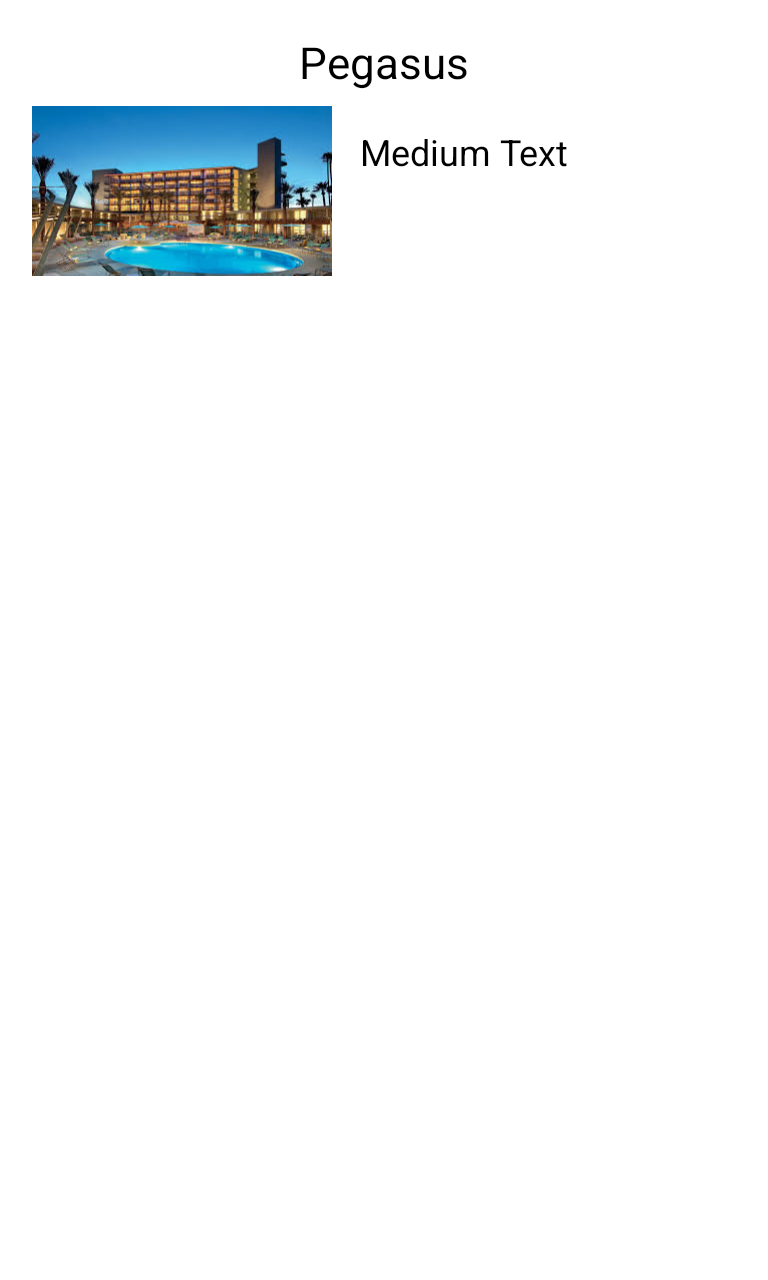
Repository: alyssialui/NCMS
Layout: CodeSprint/HotelLocator/res/layout/activity_featured.xml
An editor plug-in stored every save of this project. The layout is shown before and after the next save, followed by the edit.
It is drawn on a 768 x 1280 px phone screen (xhdpi) without system bars, with theme AppTheme; the app's code is not run. Lists and similar views that code fills are empty.

Above is the layout before, as saved 2013-04-07 21:40:19.

### CodeSprint/HotelLocator/res/layout/activity_featured.xml
<RelativeLayout xmlns:android="http://schemas.android.com/apk/res/android"
    xmlns:tools="http://schemas.android.com/tools"
    android:layout_width="match_parent"
    android:layout_height="match_parent"
    android:paddingBottom="@dimen/activity_vertical_margin"
    android:paddingLeft="@dimen/activity_horizontal_margin"
    android:paddingRight="@dimen/activity_horizontal_margin"
    android:paddingTop="@dimen/activity_vertical_margin"
    tools:context=".FeaturedActivity" >

    <TextView
        android:id="@+id/textView1"
        android:layout_width="wrap_content"
        android:layout_height="wrap_content"
        android:layout_alignParentTop="true"
        android:layout_centerHorizontal="true"
        android:text="Pegasus"
        android:textAppearance="?android:attr/textAppearanceLarge" />

    <ImageView
        android:id="@+id/imageView1"
        android:layout_width="150dp"
        android:layout_height="100dp"
        android:layout_alignParentLeft="true"
        android:layout_below="@+id/textView1"
        android:src="@drawable/images" />

    <TextView
        android:id="@+id/textView2"
        android:layout_width="wrap_content"
        android:layout_height="wrap_content"
        android:layout_alignTop="@+id/imageView1"
        android:layout_marginLeft="14dp"
        android:layout_marginTop="18dp"
        android:layout_toRightOf="@+id/imageView1"
        android:text="Medium Text"
        android:textAppearance="?android:attr/textAppearanceMedium" />

    <ListView
        android:id="@+id/listView1"
        android:layout_width="match_parent"
        android:layout_height="286dp"
        android:layout_alignLeft="@+id/imageView1"
        android:layout_alignParentBottom="true" >
    </ListView>

</RelativeLayout>

Loaded but not shown: CodeSprint/HotelLocator/res/values/styles.xml (common file); CodeSprint/HotelLocator/res/values-v11/styles.xml (common file); CodeSprint/HotelLocator/res/values-v14/styles.xml (common file); CodeSprint/HotelLocator/res/values/dimens.xml (common file)

After the next save:
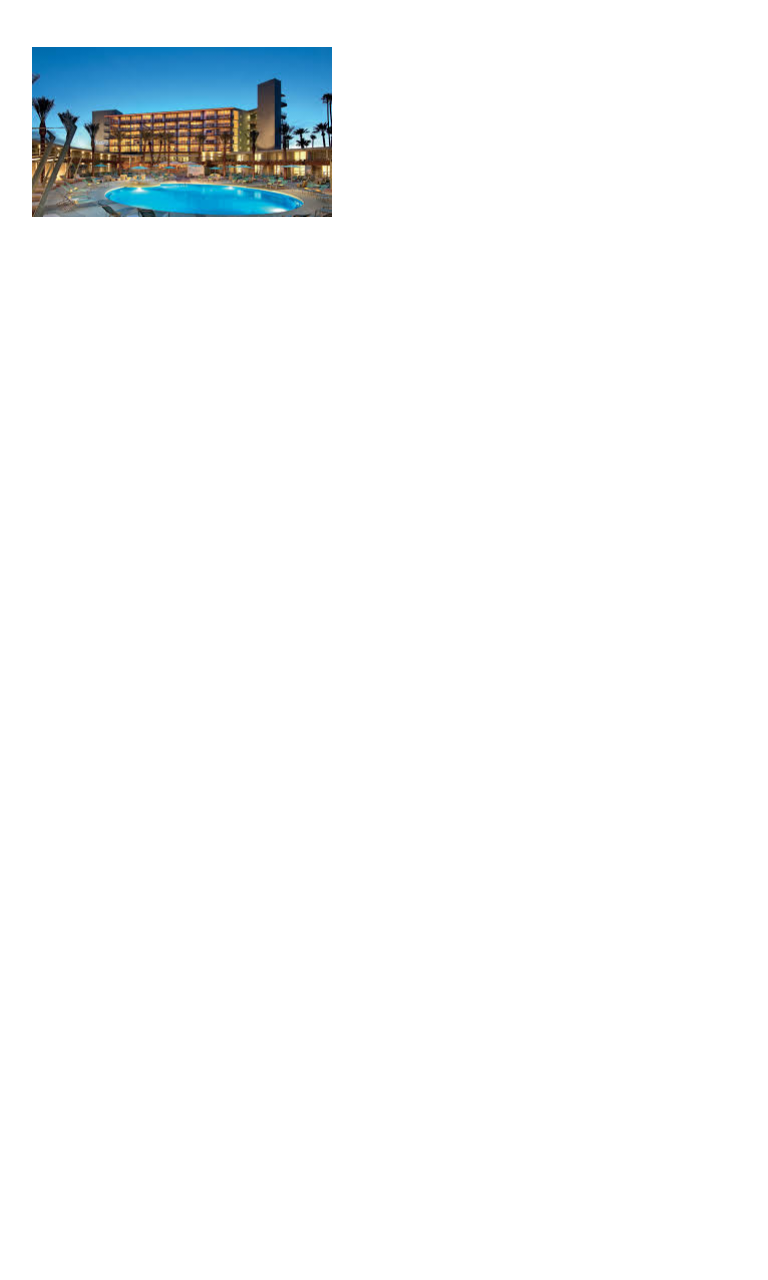
Saved 25 s later.
--- a/CodeSprint/HotelLocator/res/layout/activity_featured.xml
+++ b/CodeSprint/HotelLocator/res/layout/activity_featured.xml
@@ -9,12 +9,11 @@
     tools:context=".FeaturedActivity" >
 
     <TextView
-        android:id="@+id/textView1"
+        android:id="@+id/hotelName"
         android:layout_width="wrap_content"
         android:layout_height="wrap_content"
         android:layout_alignParentTop="true"
         android:layout_centerHorizontal="true"
-        android:text="Pegasus"
         android:textAppearance="?android:attr/textAppearanceLarge" />
 
     <ImageView
@@ -26,14 +25,13 @@
         android:src="@drawable/images" />
 
     <TextView
-        android:id="@+id/textView2"
+        android:id="@+id/hotelDescription"
         android:layout_width="wrap_content"
         android:layout_height="wrap_content"
         android:layout_alignTop="@+id/imageView1"
         android:layout_marginLeft="14dp"
         android:layout_marginTop="18dp"
         android:layout_toRightOf="@+id/imageView1"
-        android:text="Medium Text"
         android:textAppearance="?android:attr/textAppearanceMedium" />
 
     <ListView
